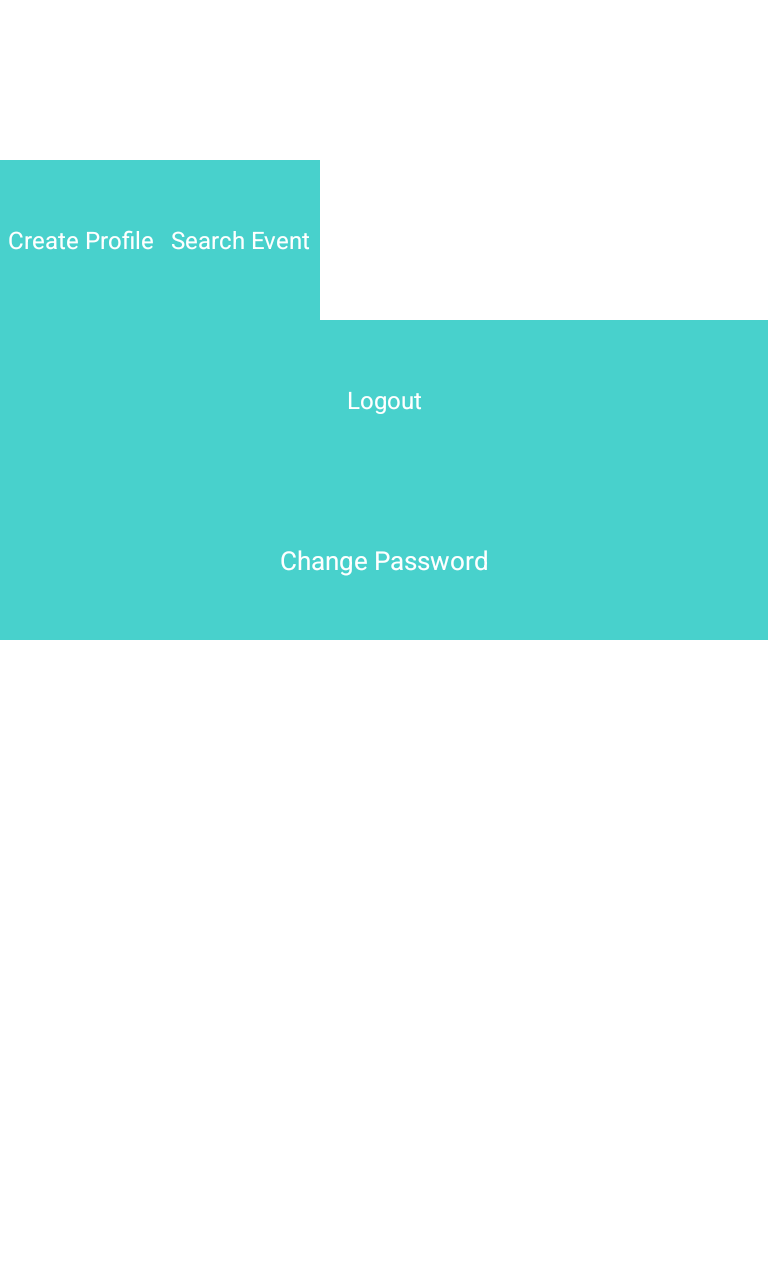
Repository: COMP231-S63G1/COMP231-S63G1
Layout: Wanna/res/layout/login_success.xml
An editor plug-in stored every save of this project. The layout is shown before and after the next save, followed by the edit.
It is drawn on a 768 x 1280 px phone screen (xhdpi) without system bars, with theme AppTheme; the app's code is not run. The app's manifest (not shown) leaves right-to-left support off. So textAlignment, textDirection and layoutDirection are ignored, and left and right values win over start and end ones.

Above is the layout before, as saved 2014-10-24 15:41:03.

After the next save:
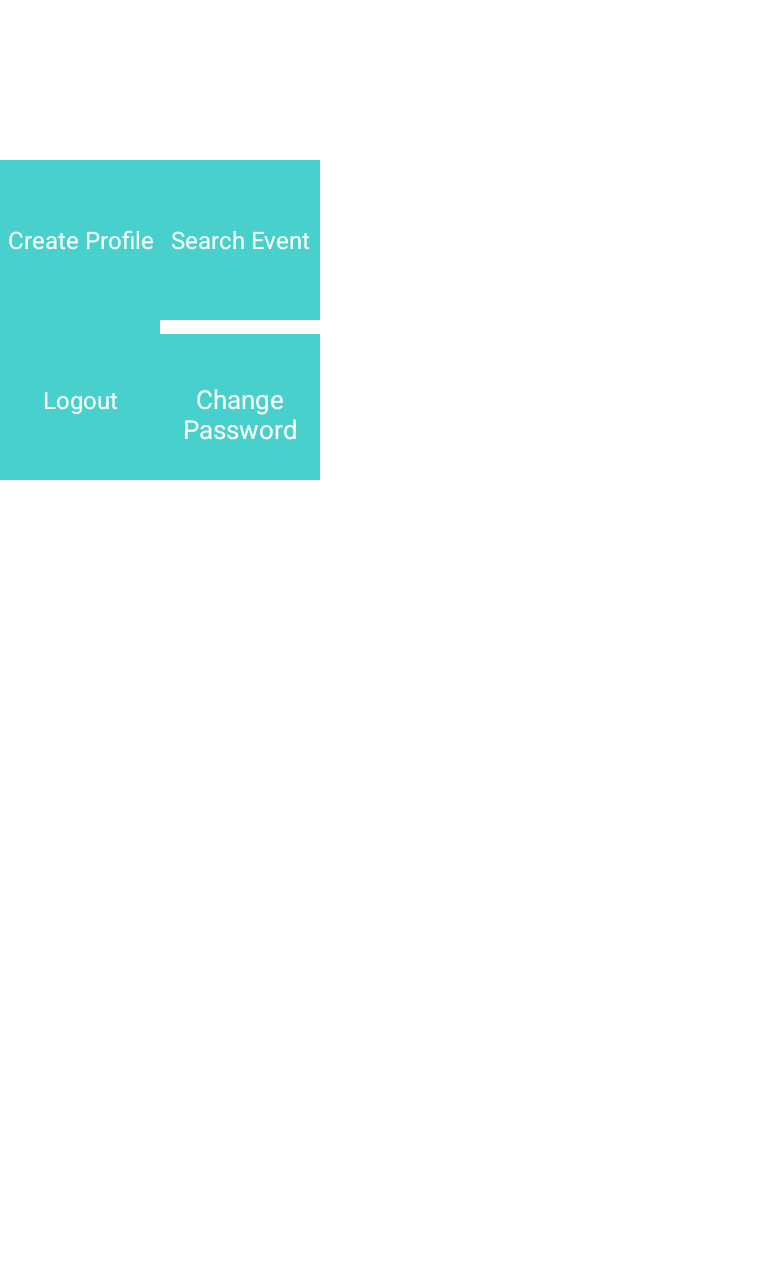
Saved 15 s later.
--- a/Wanna/res/layout/login_success.xml
+++ b/Wanna/res/layout/login_success.xml
@@ -50,6 +50,7 @@
             android:background="#48D1CC"
       />
 </TableRow>
+<TableRow>
 
     <Button
             android:layout_width="80dp"
@@ -72,6 +73,7 @@
         android:text="Change Password"
         android:textColor="#ffffff"
         android:textSize="13sp" />
+    </TableRow>
 
     </TableLayout>
     <TextView
